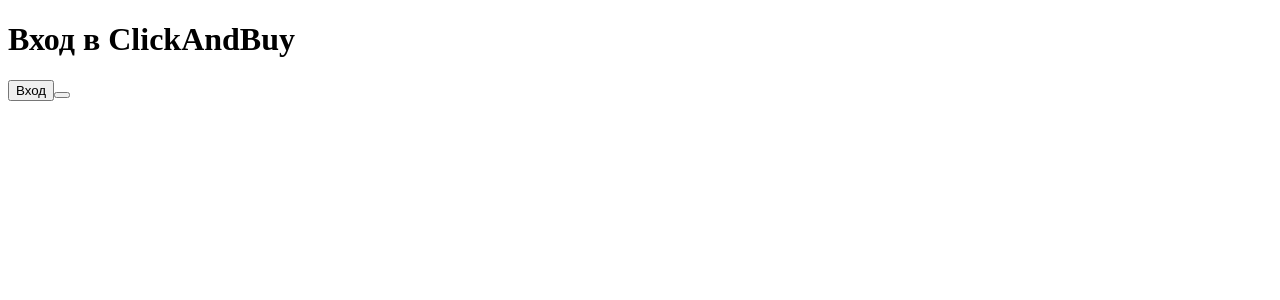
Repository: AlekCawka/ClickAndBuy
Page: /
These files come from the project's save history. The page is drawn as it stood at one moment and after the next save; the edit follows.
The browser window is 1280 px wide. The pictures show the whole page.
The project was rebuilt for these pictures with package versions that can differ from the ones it lists, and the page was loaded fresh each time. Also part of the build but not shown: vite.config.js, src/index.css, src/App.css.

Above is the page before, as saved 2025-12-01 12:44:05.

After the next save:
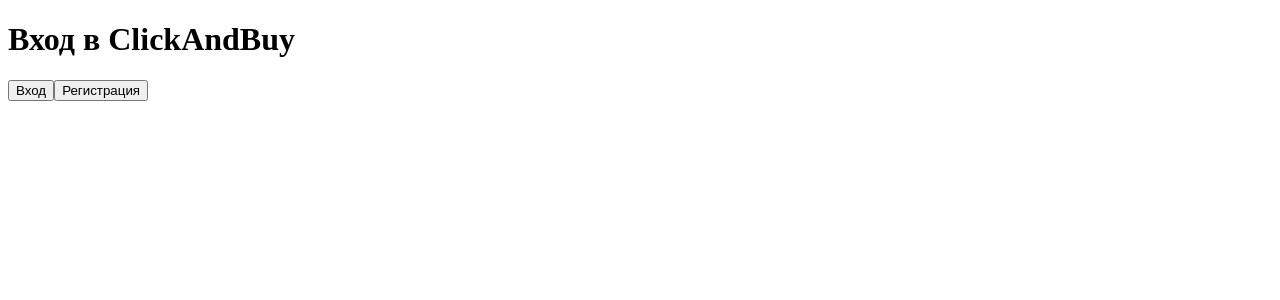
Saved 5 s later.
--- a/src/App.jsx
+++ b/src/App.jsx
@@ -26,7 +26,7 @@
             className={`auth-toggle__btn ${!isLogin ? 'auth-toggle__btn--active' : ''}`}
             onClick={() => setMode('register')}
           >
-
+            Регистрация
           </button>
         </div>
       </div>
